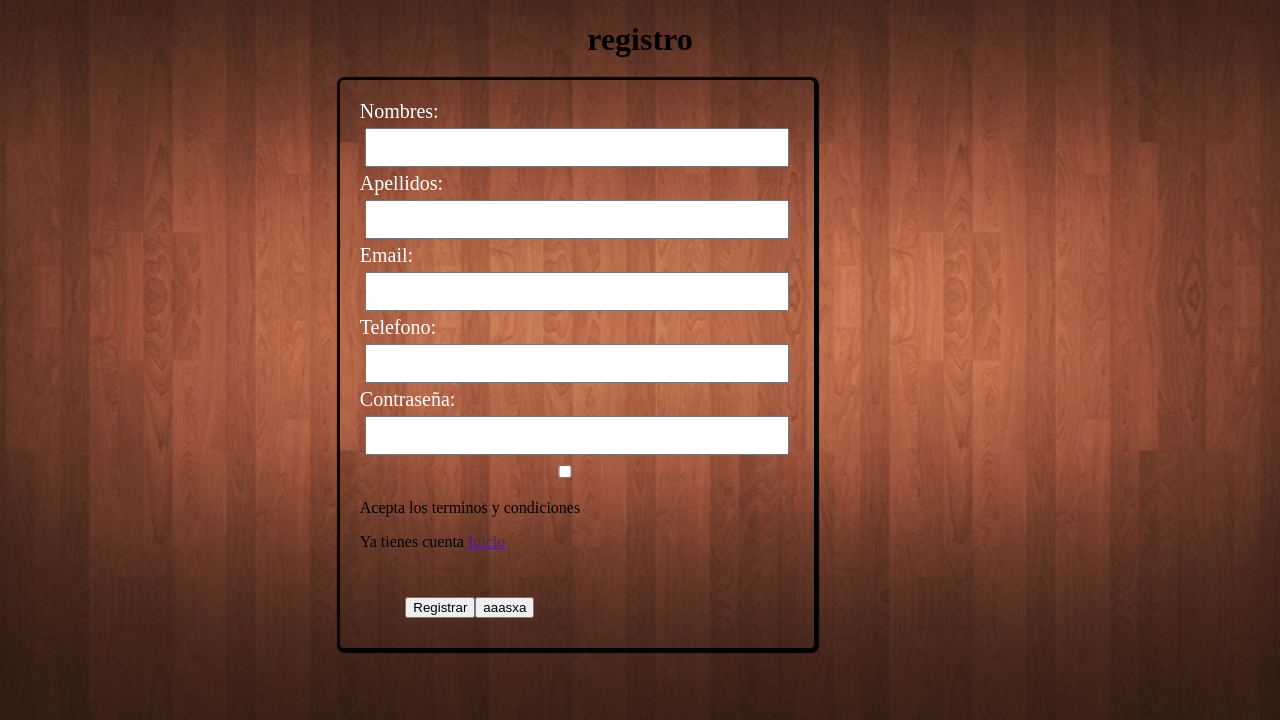
Repository: ye909/aplicacion_restaurante
Page: public/templeis/registro.html
These files come from the project's save history. The page is drawn as it stood at one moment and after the next save; the edit follows.
The browser window is 1280 px wide. The pictures show the whole page.

Above is the page before, as saved 2024-11-12 21:51:33.

After the next save:
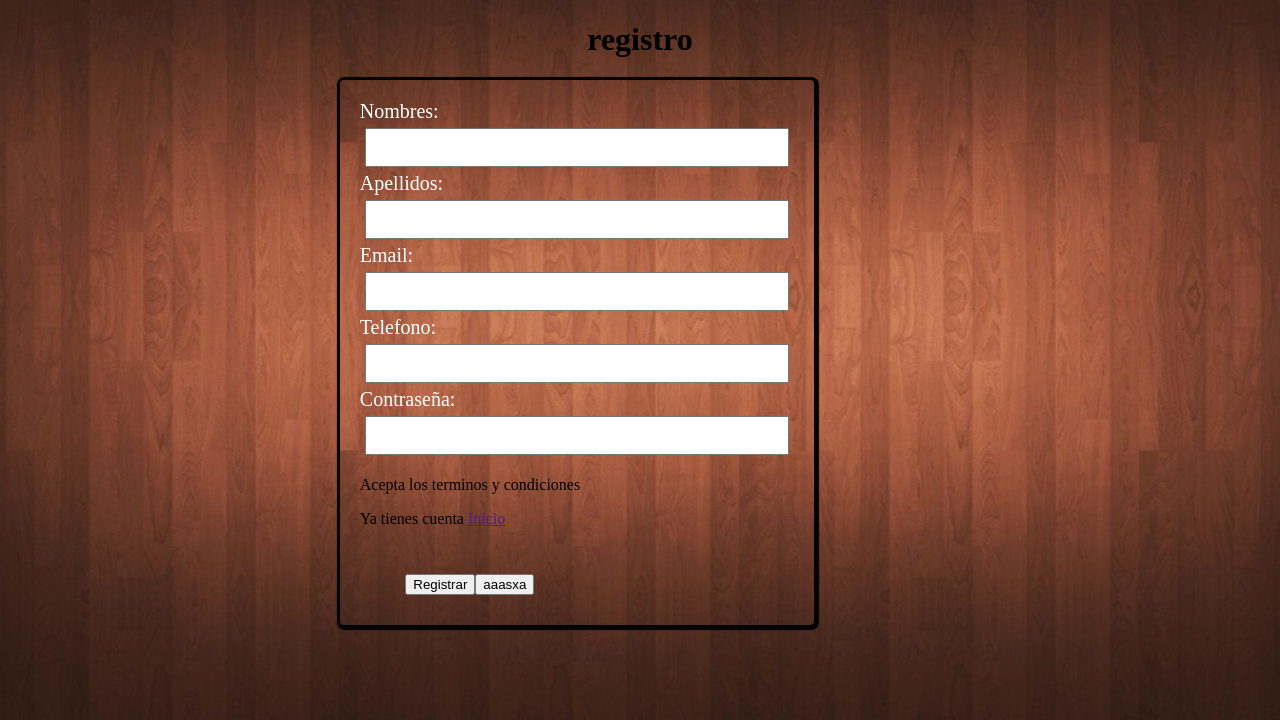
Saved 10 s later.
--- a/public/templeis/registro.html
+++ b/public/templeis/registro.html
@@ -25,7 +25,7 @@
             <label for="password">Contraseña:</label><br>
             <input type="password" id="password" name="password">
             <div class="container_terminos">
-                <div><input type="checkbox"></div>
+                <!-- <div><input type="checkbox"></div>  -->
                 <div><p>Acepta los terminos y condiciones</p></div>
              </div>
            <div> Ya tienes cuenta <a href="">Inicio</a></div>
